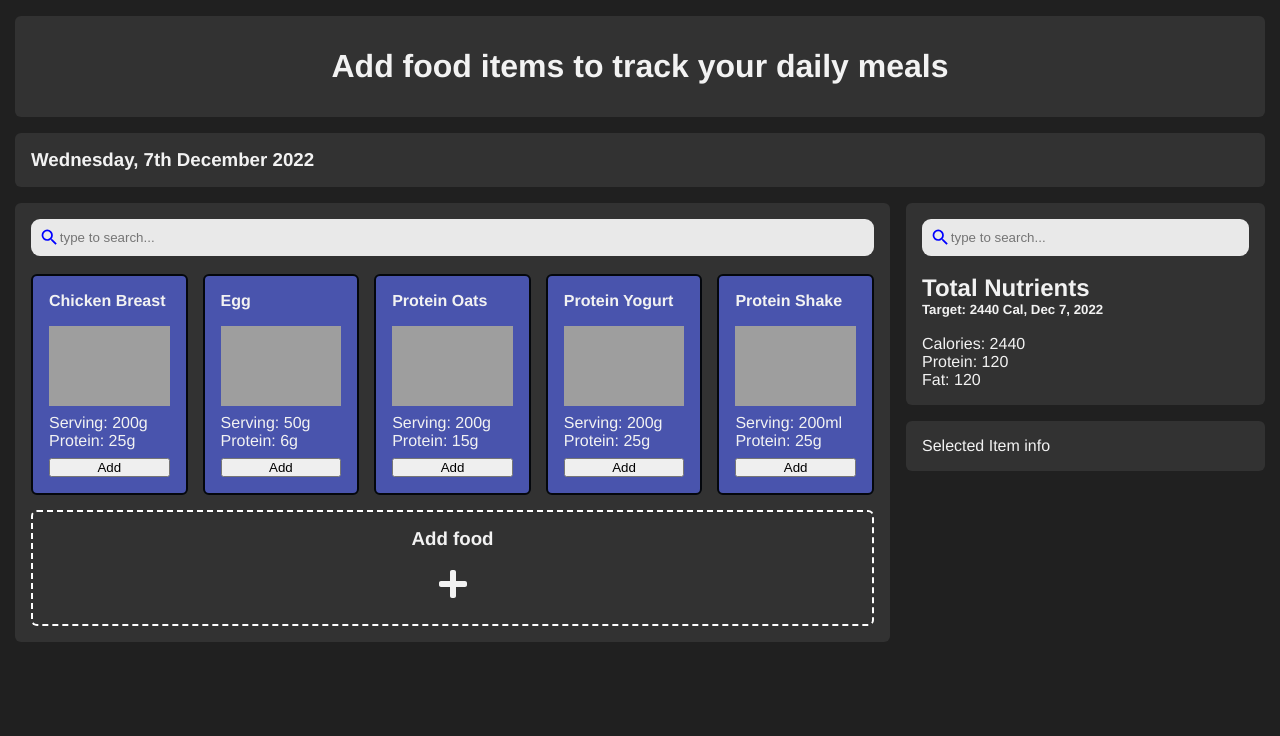
Repository: CEEPREL/NutritionTracker
Page: /
These files come from the project's save history. The page is drawn as it stood at one moment and after the next save; the edit follows.
The browser window is 1280 px wide. The pictures show the whole page.
Pictures or frames that could not be fetched are drawn as grey boxes. The project was rebuilt for these pictures with package versions that can differ from the ones it lists, and the page was loaded fresh each time. Also part of the build but not shown: vite.config.js.

Above is the page before, as saved 2022-12-08 21:59:20.

After the next save:
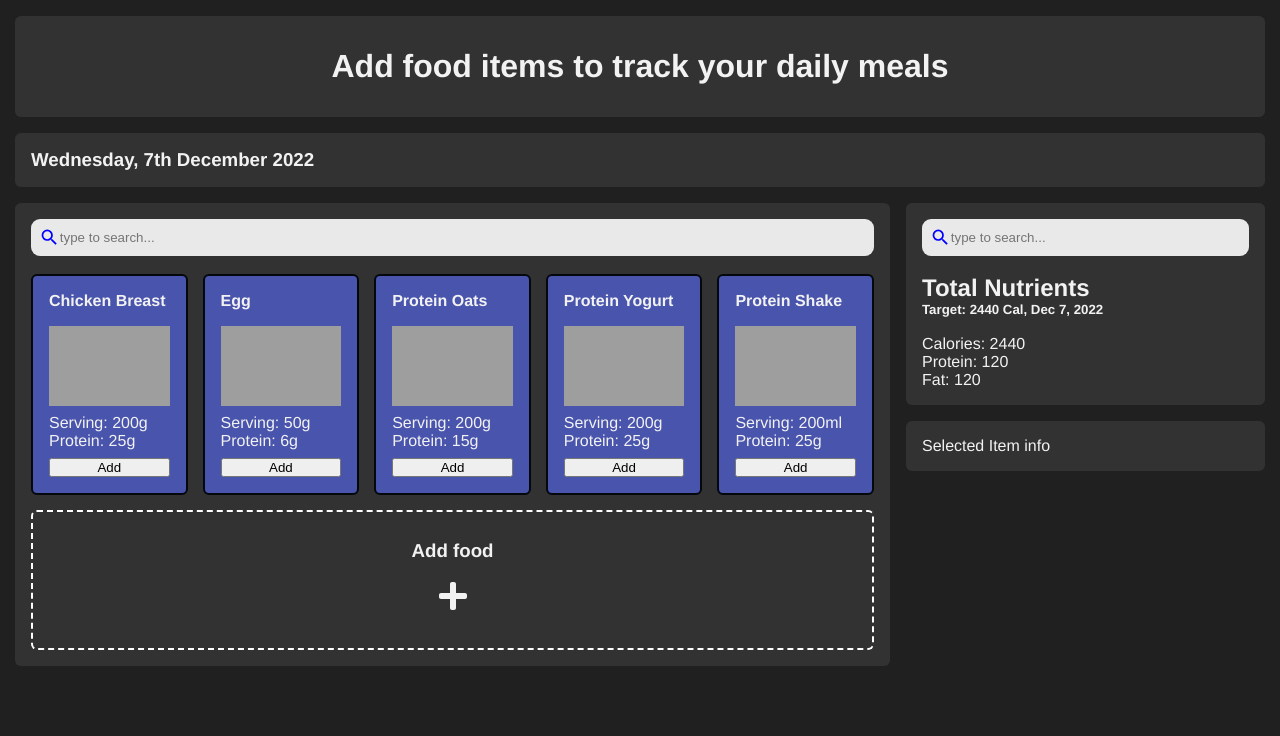
Saved 4 s later.
--- a/src/App.css
+++ b/src/App.css
@@ -97,7 +97,7 @@
   padding-bottom: 0.5rem;
 }
 .new-card{
-  min-height:110px;
+  min-height:140px;
   min-width:  16rem;
   border-radius: 6px;
   border: 2px dashed rgb(255, 255, 255);

After the save that followed:
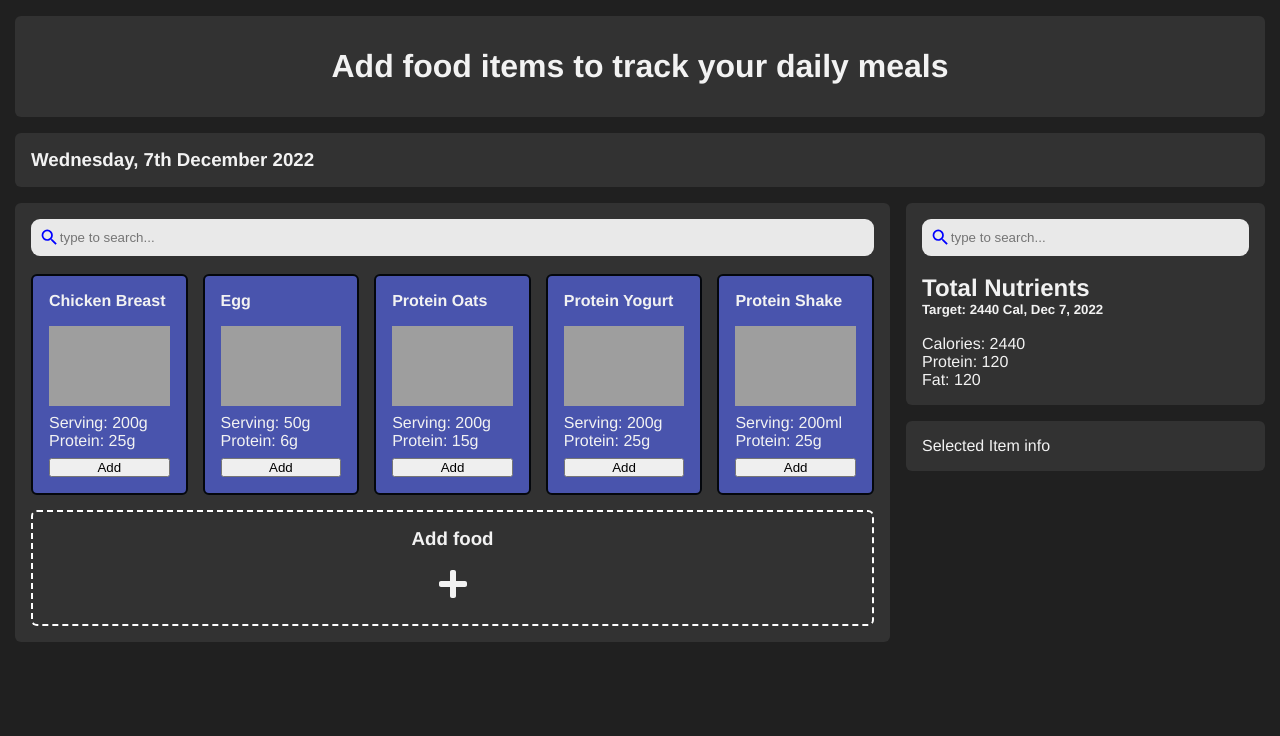
Saved 7 s later.
--- a/src/App.css
+++ b/src/App.css
@@ -97,7 +97,7 @@
   padding-bottom: 0.5rem;
 }
 .new-card{
-  min-height:140px;
+  min-height:7rem;
   min-width:  16rem;
   border-radius: 6px;
   border: 2px dashed rgb(255, 255, 255);
